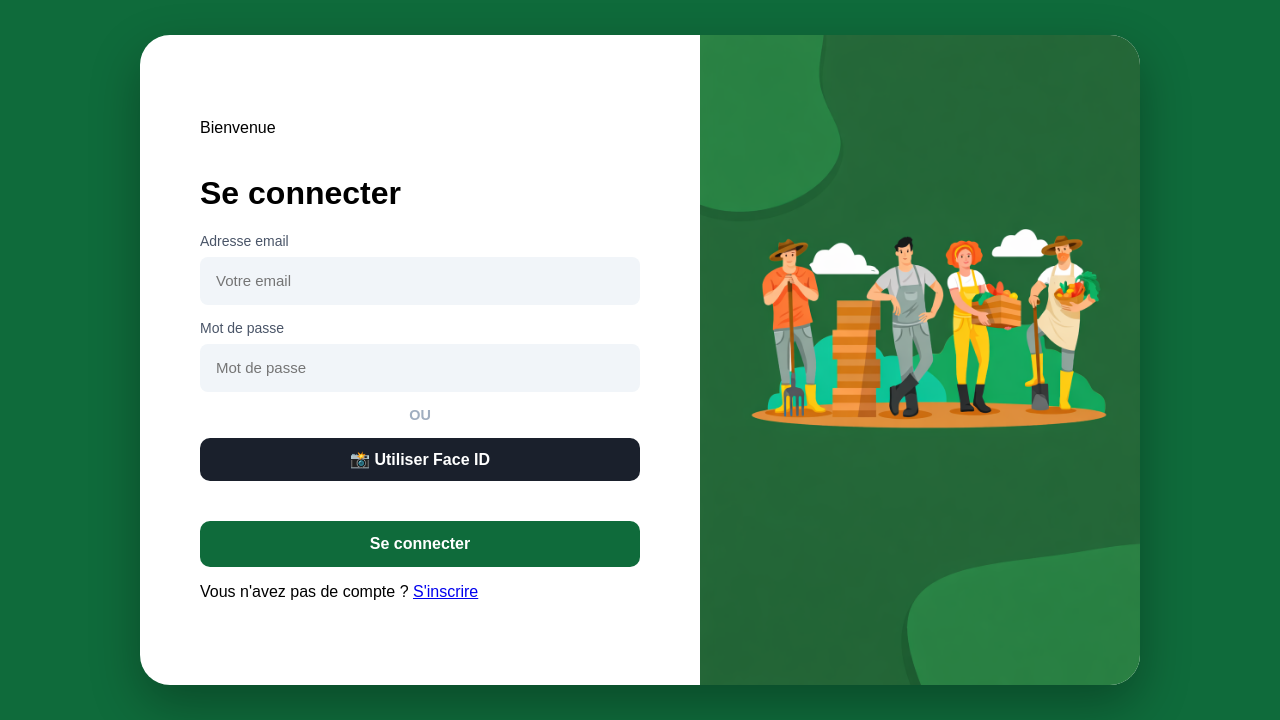
Repository: mohamed-55l/Esprit-PIDEV-3A37-2526-Agrimans
Page: templates/login/Login.html.twig
These files come from the project's save history. The page is drawn as it stood at one moment and after the next save; the edit follows.
The browser window is 1280 px wide. The pictures show the whole page.
The page is a Twig template of a Symfony application; nobody is signed in and links lead nowhere. Style sheets and scripts are compiled from the project's sources, by tool versions that may differ from the author's. The template is opened directly, without the code that normally fills it, so the values that code supplies are empty.

Above is the page before, as saved 2026-04-26 17:17:45.

After the next save:
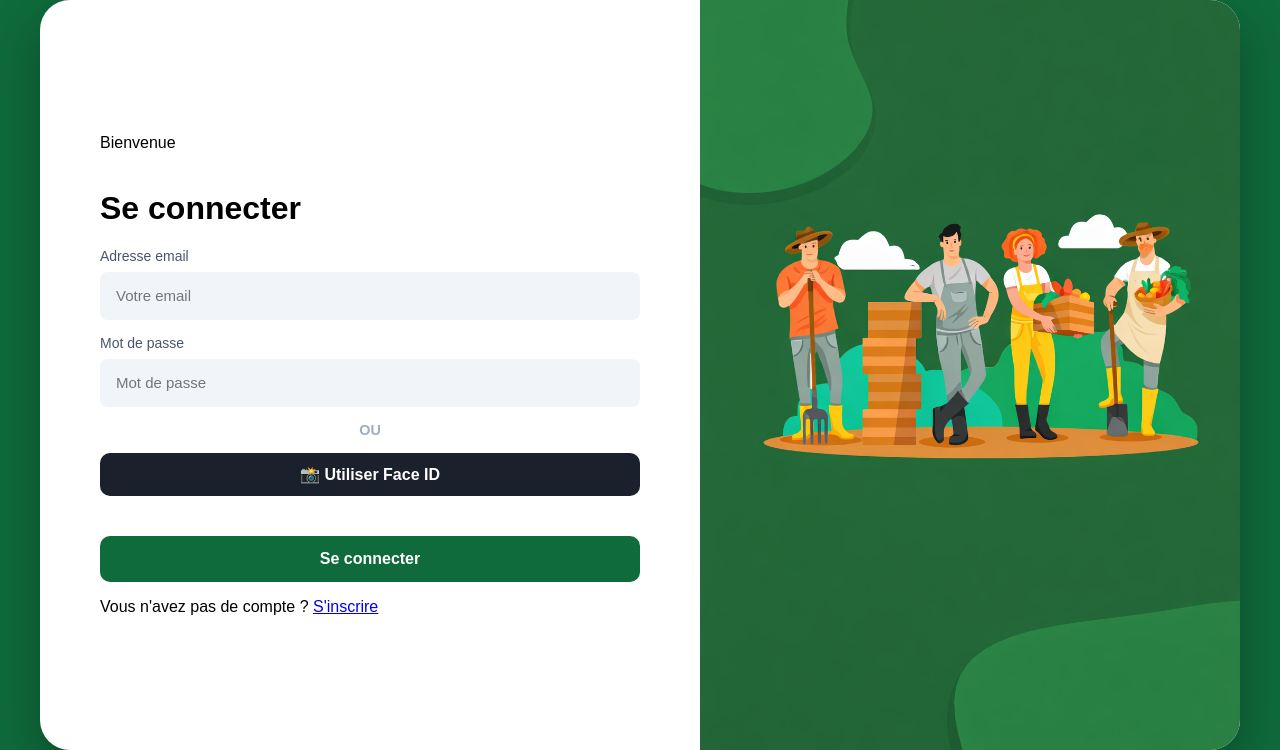
Saved 64 s later.
--- a/assets/styles/login.css
+++ b/assets/styles/login.css
@@ -10,13 +10,13 @@ body {
 }
 
 .main-card {
-    width: 1000px; /* كبّرنا العرض شوية */
-    height: 650px;
+    width: 1200px;
+    height: 750px;
     background: white;
     border-radius: 30px;
-    display: flex; /* جنب بعضهم بالسيف */
+    display: flex;
     box-shadow: 0 20px 50px rgba(0,0,0,0.3);
-    overflow: hidden; /* يمنع أي حاجة تخرج من الكادر */
+    overflow: hidden;
 }
 
 /* جهة الفورم - بيضاء */
